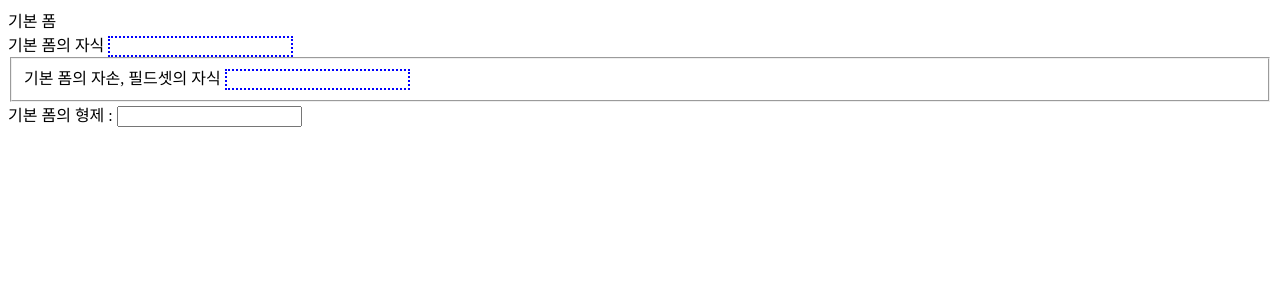
Repository: reddrinkbro/JSPStudy
Page: jQuery/WebContent/2계층선택자/9.html
The author's editor kept a copy of each file at every save. The page is drawn from the files as they stood at one save, then again after the next save.
The browser window is 1280 px wide. The pictures show the whole page.

Above is the page before, as saved 2020-04-21 05:16:16.

After the next save:
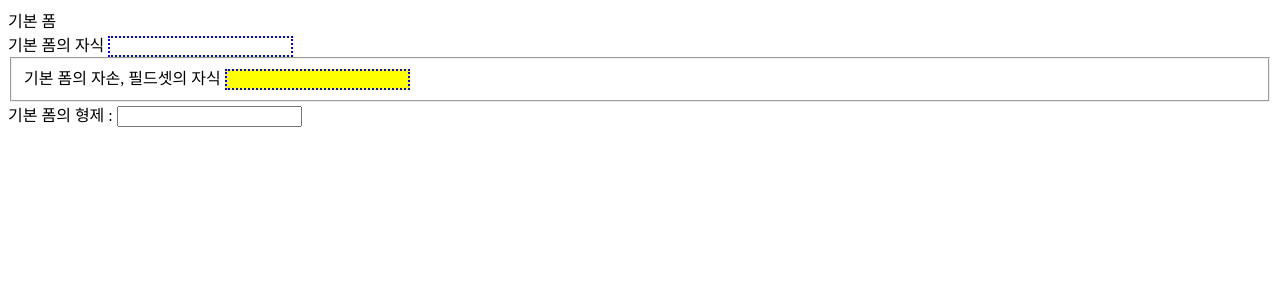
Saved 3 min 48 s later.
--- a/jQuery/WebContent/2계층선택자/9.html
+++ b/jQuery/WebContent/2계층선택자/9.html
@@ -20,7 +20,14 @@
 		$(function(){
 
 			//<form>태그의 자손 태그 중에서 <input>태그를 선택해 border속성의 값을 설정함
+			//따라서 <form>태그 내의 모든 <input>태그가 선택되어 border스타일을 적용받는다
+			//<form>태그 외부의 형제<input>태그는 <form>태그의 형제노드로 자손이 아니기 때문에
+			//css스타일 적용을 받지 않는다
 			$("form input").css("border", "2px dotted blue");
+
+			//<form>태그의 자손중에서 <fieldset>태그를 선택하고 <fieldset>태그의 자손중에서
+			//<input>태그를 최종 선택해서 가져와서 배경색상을 노란색으로 적용
+			$("form fieldset input").css("background-color", "yellow");
 		});
 	</script>
 </head>
